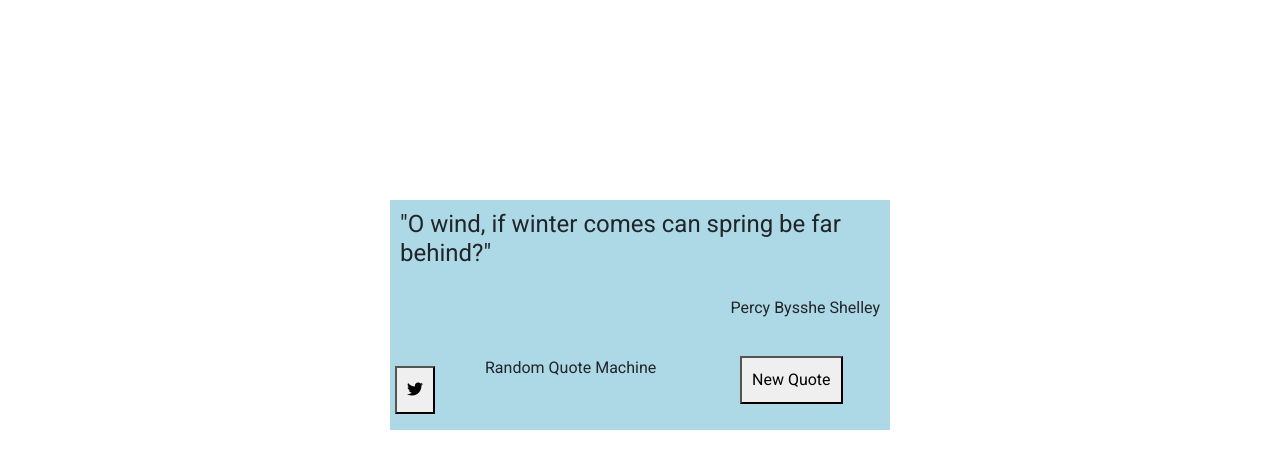
Repository: derektypist/random-quote-machine
Page: index.html
The author's editor kept a record of every edit. The page is drawn from the files as they stood at one moment, then again after the next edit.
The browser window is 1280 px wide. The pictures show the whole page.
Some web libraries are served in a nearby version.

Above is the page before.

### index.html
<!DOCTYPE html>
<html lang="en">

<head>
    <meta charset="UTF-8">
    <meta name="viewport" content="width=device-width, initial-scale=1.0">
    <meta http-equiv="X-UA-Compatible" content="ie=edge">
    <title>Random Quote Machine</title>
    <!-- Load Style Sheets -->
    <link rel="stylesheet" href="https://maxcdn.bootstrapcdn.com/bootstrap/4.4.1/css/bootstrap.min.css" integrity="sha384-Vkoo8x4CGsO3+Hhxv8T/Q5PaXtkKtu6ug5TOeNV6gBiFeWPGFN9MuhOf23Q9Ifjh" crossorigin="anonymous">
    <link rel="stylesheet" href="https://use.fontawesome.com/releases/v5.8.1/css/all.css" integrity="sha384-50oBUHEmvpQ+1lW4y57PTFmhCaXp0ML5d60M1M7uH2+nqUivzIebhndOJK28anvf" crossorigin="anonymous">
    <link href="https://fonts.googleapis.com/css?family=Roboto&display=swap" rel="stylesheet">
    <style>
        /* Quote Box */

        #quote-box {
            font-family: "Roboto", Arial, Verdana, sans-serif;
            background-color: lightblue;
            display: block;
            position: relative;
            top: 200px;
            height: 230px;
            width: 500px;
            margin: auto;

        }

        #text {
            padding: 10px;
        }

        #author {
            text-align: right;
            padding: 10px;
        }

        #my-buttons {
            padding: 10px;
        }

        #tweet-quote {
            padding: 10px;
        }

        #tweet-quote button {
            text-align: center;
            padding: 10px;

        }

        #tweet-quote:hover button {
            background-color: orange;
        }

        #new-quote {
            padding: 10px;
        }
    </style>

    <!-- Load Scripts -->
    <script src="https://ajax.googleapis.com/ajax/libs/jquery/3.4.1/jquery.min.js"></script>
    <script>
        // Define Function for New Quote
        function displayNewQuote() {
            // Set Up Random Index

            let randomIndex = Math.floor(Math.random() * 13);

            // Set Up Constants noting use of Escape Characters

            const possibleText = ["\"Hope smiles from the threshold of the year to come whispering.  It will be happier.\"",
                "\"O wind, if winter comes can spring be far behind?\"",
                "\"Spring is nature's way of saying 'Let's Party'.\"",
                "\"Sweet April showers do spring May Flowers.\"",
                "\"As full of spirit as the month of May, and as gorgeous as the sun in Midsummer.\"",
                "\"There are two seasons in Scotland: June and Winter.\"",
                "\"People don't notice whether it's winter or summer when they're happy.\"",
                "\"Summer Afternoon---summer afternoon; to me those have always been the first two beautiful words in the English Language.\"",
                "\"Autumn is a second spring when every leaf is a flower.\"",
                "\"In seed time learn, in harvest teach, in winter enjoy.\"",
                "\"Winter is the time for comfort, for good food and warmth, for the touch of a friendly hand and a talk beside the fire: it is time for home.\"",
                "\"Thank you for your kind words.\"",
                "\"It looks as though you had a great time Derek.\""
            ];
            const text = possibleText[randomIndex];
            const possibleAuthors = ["Alfred Lord Tennyson",
                "Percy Bysshe Shelley",
                "Robin Williams",
                "Thomas Tusser",
                "William Shakespeare",
                "Billy Connolly",
                "Anton Chekhov",
                "Henry James",
                "Albert Camus",
                "William Blake",
                "Edith Sitwell",
                "Daphne Pink",
                "Andrea Harrison"
            ];
            const author = possibleAuthors[randomIndex];


            // Display Text (Quote) and Author
            $("#text").html(`<h4>${text}</h4>`);
            $("#author").html(`<p>${author}</p>`);


            // Set Up Tweet Quote
            let tweetQuote = text + " " + author + "#quotes";
            $("#tweet-quote").html(
                `<a href="https://twitter.com/intent/tweet/${tweetQuote}" target="_blank" title="Tweet">
                    <button type="button">
                        <i class="fab fa-twitter"></i>
                    </button>
                </a>`
            );
        }




        $(document).ready(displayNewQuote);
    </script>

</head>

<body>
    <!-- Set Up Quote Box with Text and Author-->
    <article id="quote-box">
        <article id="text">
        </article>
        <article id="author">
        </article>
        <!-- Set Up Row -->
        <article class="row" id="my-buttons">
            <article class="col-sm-2" id="tweet-quote">
            </article>

            <article class="col-sm-6">
                <!-- Display Title (Random Quote Machine) -->
                <p>Random Quote Machine</p>
            </article>

            <article class="col-sm-4">
                <!-- Set Up New Quote Button -->
                <button onclick="displayNewQuote()" title="New Quote" id="new-quote">New Quote</button>
            </article>

        </article>



    </article>



</body>

</html>

After the next edit:
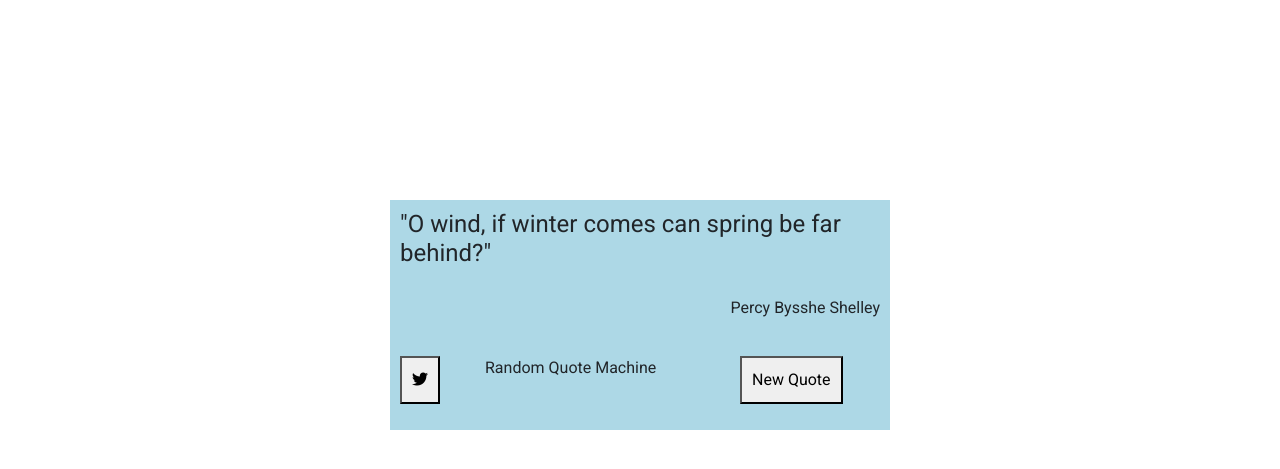
The edit:
--- a/index.html
+++ b/index.html
@@ -38,9 +38,7 @@
             padding: 10px;
         }
 
-        #tweet-quote {
-            padding: 10px;
-        }
+
 
         #tweet-quote button {
             text-align: center;
